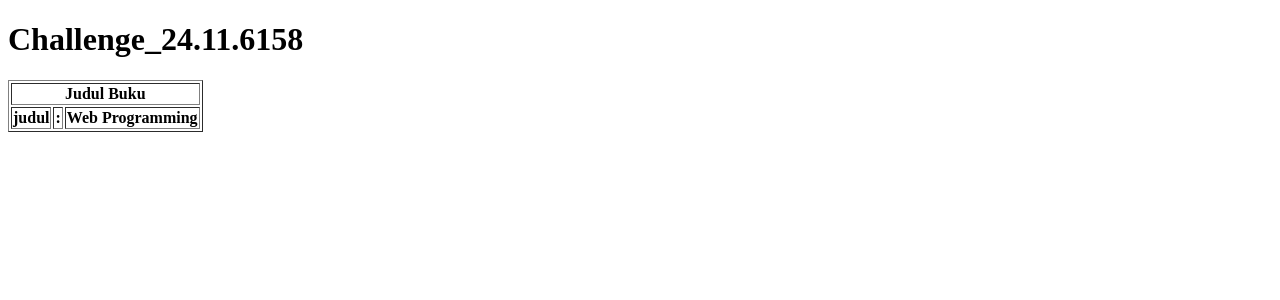
Repository: RoyyanSuryanto/Challenge_24116158
Page: Pertemuan 4/Challenge_24116158.html
An editor plug-in stored every save of this project. The page is shown before and after the next save, followed by the edit.
The browser window is 1280 px wide. The pictures show the whole page.

Above is the page before, as saved 2026-04-20 09:40:00.

### Pertemuan 4/Challenge_24116158.html
<!DOCTYPE html>
<html lang="en">
<head>
    <meta charset="UTF-8">
    <meta name="viewport" content="width=device-width, initial-scale=1.0">
    <title>Challenge_24116158</title>
</head>
<body>
    <h1>
        Challenge_24.11.6158
    </h1>

    <table border=>
        <tr>
            <th colspan="3" background-color="orange">Judul Buku</th>
        </tr>

        <tr>
            <th>judul</th>
            <th>:</th>
            <th>Web Programming</th>
        </tr>
    </table>
</body>
</html>

After the next save:
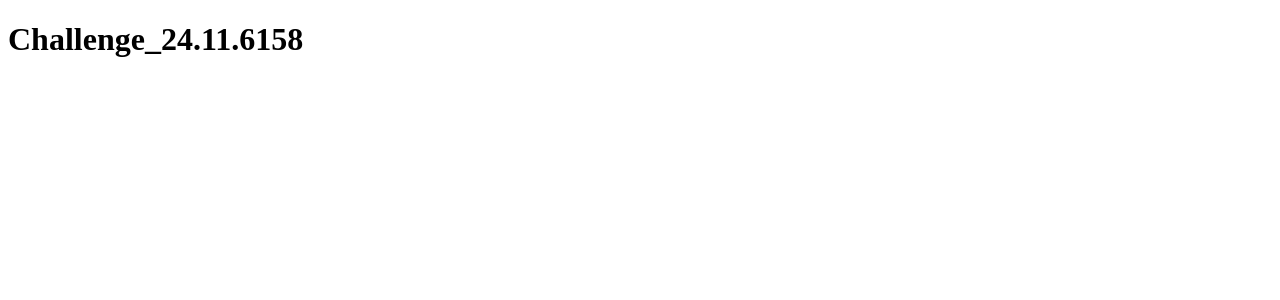
Saved 3 min 43 s later.
--- a/Pertemuan 4/Challenge_24116158.html
+++ b/Pertemuan 4/Challenge_24116158.html
@@ -10,16 +10,6 @@
         Challenge_24.11.6158
     </h1>
 
-    <table border=>
-        <tr>
-            <th colspan="3" background-color="orange">Judul Buku</th>
-        </tr>
 
-        <tr>
-            <th>judul</th>
-            <th>:</th>
-            <th>Web Programming</th>
-        </tr>
-    </table>
 </body>
 </html>
